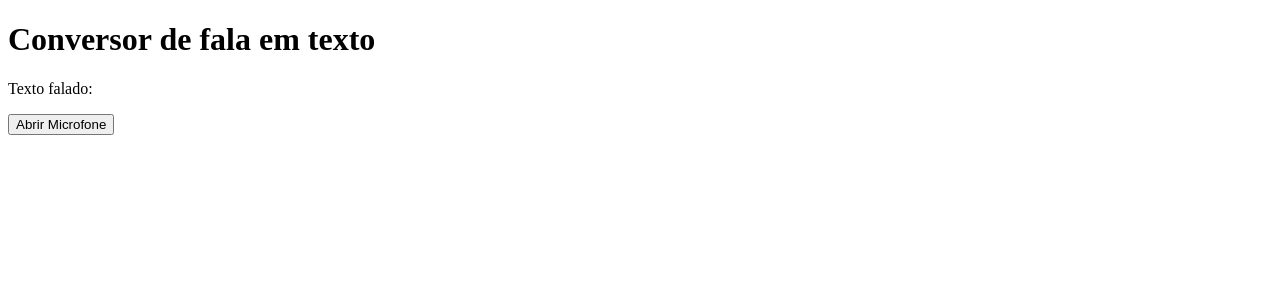
Repository: MariaGabrielaAlvesZuppardo/SpeechRecognitionPython
Page: http://localhost/
These files come from the project's save history. The page is drawn as it stood at one moment and after the next save; the edit follows.
The browser window is 1280 px wide. The pictures show the whole page.
The page is served by the project's application, run on Flask 3 (app.py).

Above is the page before, as saved 2023-07-22 22:56:19.

After the next save:
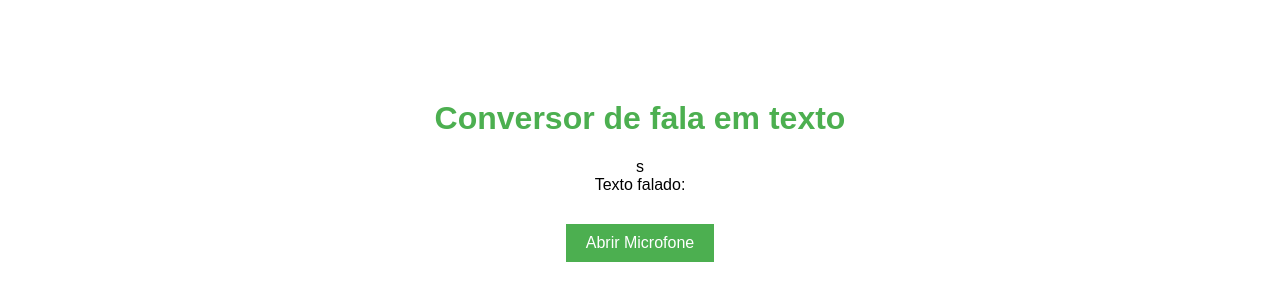
Saved 22 min 16 s later.
--- a/templates/index.html
+++ b/templates/index.html
@@ -2,28 +2,19 @@
 <html>
 <head>
     <title>Conversor de fala em texto</title>
+    <link rel="stylesheet" type="text/css" href="static\styles.css">
 </head>
 <body>
     <div>
-        <h1>Conversor de fala em texto</h1>
+        <h1>Conversor de fala em texto</h1>s
         <div>
             <label>Texto falado:</label>
             <p id="texto_falado"></p>
         </div>
         <div>
-            <button id="abrir_microfone_button" onclick="abrirMicrofone()">Abrir Microfone</button>
+            <button id="abrir_microfone_button" onclick="toggleMicrofone()">Abrir Microfone</button>
         </div>
     </div>
-
-    <script>
-        function abrirMicrofone() {
-            fetch('/abrir_microfone_callback', { method: 'POST' })
-            .then(response => response.text())
-            .then(data => {
-                document.getElementById("texto_falado").innerText = "Texto falado: " + data;
-            })
-            .catch(error => console.log(error));
-        }
-    </script>
+    <script src="static\script.js"></script>
 </body>
 </html>
